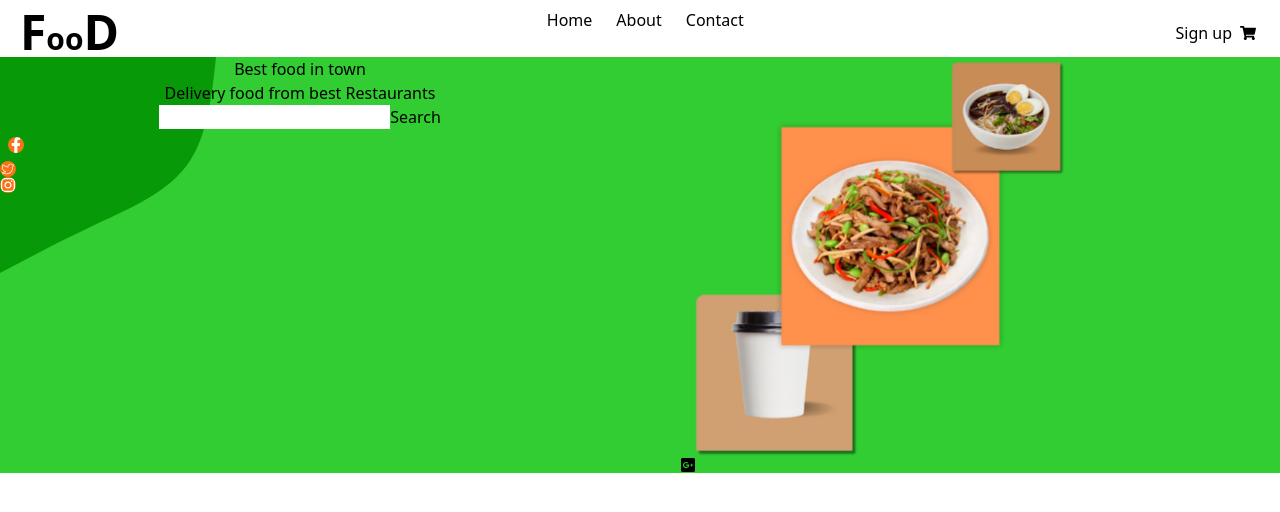
Repository: KhushiCode14/FoodWeb
Page: /
An editor plug-in stored every save of this project. The page is shown before and after the next save, followed by the edit.
The browser window is 1280 px wide. The pictures show the whole page.
The project was rebuilt for these pictures with package versions that can differ from the ones it lists, and the page was loaded fresh each time. Also part of the build but not shown: src/components/Home/SignUp.tsx, src/components/Home/SignIn.tsx.

Above is the page before, as saved 2024-09-19 19:24:49.

### src/index.css
@tailwind base;
@tailwind components;
@tailwind utilities;

.bgBack{
  background-image: url(../src/components/images/background.svg);
}

### src/App.tsx
import { Route, BrowserRouter as Router, Routes ,  } from 'react-router-dom';
import './App.css';
import Navbar from './Pages/Navbar';
import Home from './Pages/Home';
import SignUp from './components/Home/SignUp';
import SignIn from './components/Home/SignIn';

function App() {
  return (
    <div className="App">
      <Router>
        <Navbar/>
      <Routes>
        <Route  path="/" element={<Home/>} />
        <Route  path="/signUp" element={<SignUp/>} />
        <Route  path="/signIn" element={<SignIn/>} />
        {/* <Route  path="/about" element={About} />
        <Route  path="/contact" element={Contact} /> */}
        </Routes>
      </Router>

    </div>
  );
}

export default App;

### src/Pages/Navbar.tsx
import { NavLink } from "react-router-dom"
import { Link } from "react-router-dom"
import { FaShoppingCart } from "react-icons/fa";
import { FaCartPlus } from "react-icons/fa";
import { useState } from "react";
interface nav {
  to: string,
  linkName: string

}
const Navbar: React.FC = () => {
  const [sign, setSign] = useState<string>('Sign up');
  const [cart, setCart] = useState<JSX.Element>(<FaShoppingCart />);
  const navLink: nav[] = [
    { to: "/", linkName: "Home" },
    { to: "/about", linkName: "About" },
    { to: "/contact", linkName: "Contact" },
    // Add more links as needed
  ]
  const handleSign = () => {
    setSign(sign === 'Sign up'? 'Sign in' : 'Sign up');
  }
  const handleCart = () => {
    setCart(prevCart =>
      prevCart.type === FaShoppingCart ? <FaCartPlus /> : <FaShoppingCart />
    );
  };

  return (
    <div className="mx-5  mt-2 flex justify-between">
      <div className="font-bold text-3xl"><h1><span className=" text-5xl">F</span>oo<span className=" text-5xl">D</span></h1></div>
      <div>
        {
          navLink.map((link, index) => (
            <Link key={index} to={link.to} className="mx-3 hover:text-gray-800">
              {link.linkName}
            </Link>
          ))
        }
      </div>
      <div className="flex justify-center items-center">
        <button><NavLink to="/signUp" onClick={handleSign} className="m-1">{sign}</NavLink></button>

        <div onClick={handleCart}className="m-1" >
          {cart}
        </div>



      </div>
    </div>
  )
}

export default Navbar

### src/Pages/Home.tsx

import {  FaFacebookF, FaGooglePlusSquare, FaInstagram,  } from "react-icons/fa"
import { CiTwitter } from "react-icons/ci";
import food from "../components/images/food.png"
const Home: React.FC = () => {
  return (

    <div className=" flex  gap-20 bgBack ">

      <div className="w-1/2">
        <h3>Best food in town</h3>
        <h1>Delivery food from best Restaurants</h1>
        <div>
          <input type="text"></input>
          <button>Search</button>
          <div >
            <FaFacebookF color="white" className="bg-orange-500 rounded-full m-2"/>
            < CiTwitter color="white" className="bg-orange-500 rounded-full"/>
            <FaInstagram  color="white" className="bg-orange-500 rounded-full"/>
          </div>
        </div>
      </div>
      <div className="w-1/2 items-center justify-center" >
        <img src={food} alt="logo" width={400} />
        <FaGooglePlusSquare/>
      </div>
    </div>
  )
}

export default Home

Loaded but not shown: public/index.html (common file); src/index.tsx (common file); src/reportWebVitals.ts (common file); src/App.css (common file); tailwind.config.js (common file)

After the next save:
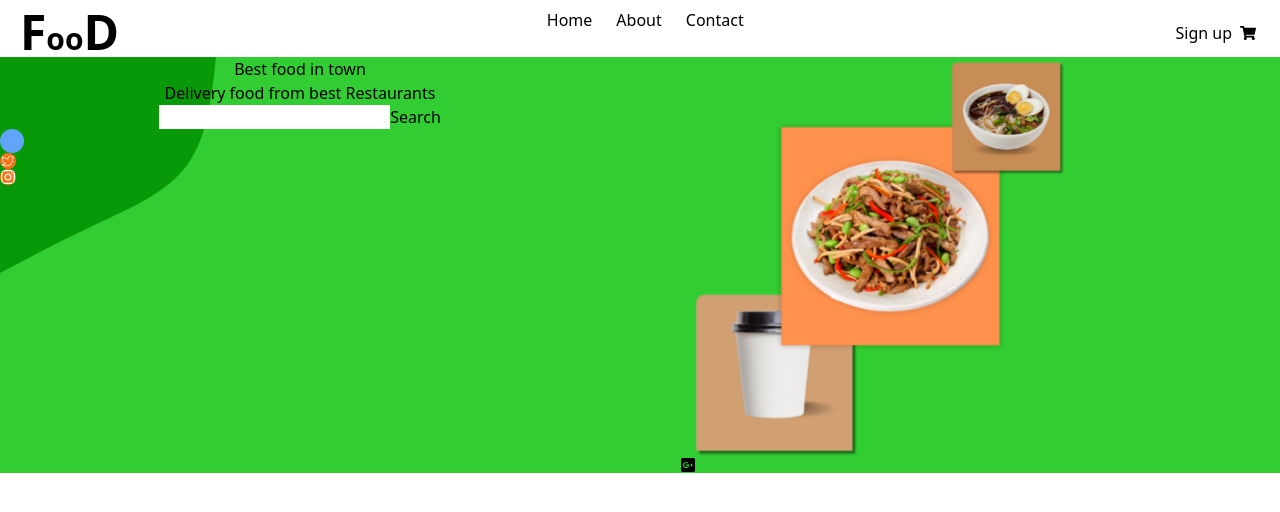
Saved 4 min 49 s later.
--- a/src/Pages/Home.tsx
+++ b/src/Pages/Home.tsx
@@ -14,7 +14,7 @@ const Home: React.FC = () => {
           <input type="text"></input>
           <button>Search</button>
           <div >
-            <FaFacebookF color="white" className="bg-orange-500 rounded-full m-2"/>
+            <FaFacebookF color="white" className="bg-blue-400 p-3 rounded-full"/>
             < CiTwitter color="white" className="bg-orange-500 rounded-full"/>
             <FaInstagram  color="white" className="bg-orange-500 rounded-full"/>
           </div>
